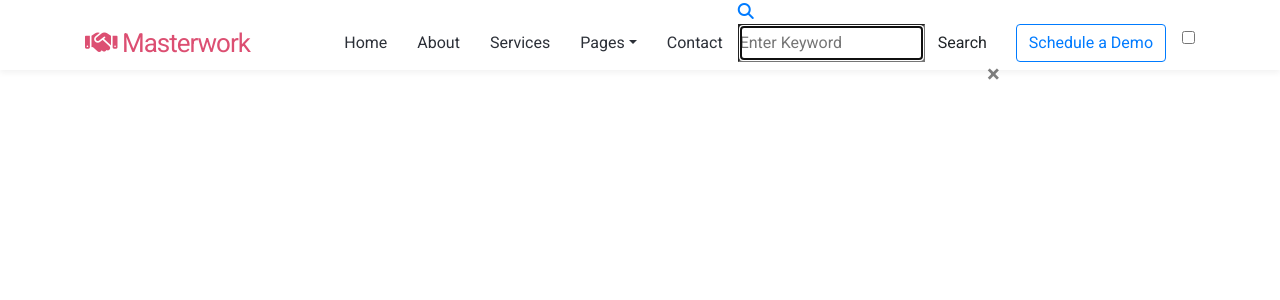
Repository: ducdatit2002/Capstone-masterwork
Page: index.html
These files come from the project's save history. The page is drawn as it stood at one moment and after the next save; the edit follows.
The browser window is 1280 px wide. The pictures show the whole page.

Above is the page before, as saved 2023-08-17 19:59:06.

### index.html
<!DOCTYPE html>
<html lang="en">
  <head>
    <title>Title</title>
    <!-- Required meta tags -->
    <meta charset="utf-8" />
    <meta
      name="viewport"
      content="width=device-width, initial-scale=1, shrink-to-fit=no"
    />
    <!-- FONT AWESOME -->
    <link
      rel="stylesheet"
      href="https://cdnjs.cloudflare.com/ajax/libs/font-awesome/6.4.2/css/all.min.css"
      integrity="sha512-z3gLpd7yknf1YoNbCzqRKc4qyor8gaKU1qmn+CShxbuBusANI9QpRohGBreCFkKxLhei6S9CQXFEbbKuqLg0DA=="
      crossorigin="anonymous"
      referrerpolicy="no-referrer"
    />
    <!-- GOOGLE FONT -->
    <link rel="preconnect" href="https://fonts.googleapis.com" />
    <link rel="preconnect" href="https://fonts.gstatic.com" crossorigin />
    <link
      href="https://fonts.googleapis.com/css2?family=Hind:wght@300;400;700&family=Nunito:wght@200;300;400;500;600;700;800;900;1000&family=Roboto:wght@300;400;500;700&display=swap"
      rel="stylesheet"
    />
    <!-- Bootstrap CSS -->
    <link
      rel="stylesheet"
      href="https://stackpath.bootstrapcdn.com/bootstrap/4.3.1/css/bootstrap.min.css"
      integrity="sha384-ggOyR0iXCbMQv3Xipma34MD+dH/1fQ784/j6cY/iJTQUOhcWr7x9JvoRxT2MZw1T"
      crossorigin="anonymous"
    />
    <!-- MAIN CSS -->
    <link rel="stylesheet" href="./css/index.css" />
  </head>
  <body>
    <!-- FOOTER (ĐẠT) -->
    <header class="main-header fixed-top nav-fixed">
      <div class="container">
        <nav class="navbar navbar-expand-lg stroke px-0 pt-lg-0">
          <h1>
            <a class="navbar-brand" href="">
              <span class="fa fa-handshake"></span> Masterwork
            </a>
          </h1>
          <!-- RESPONSIVE BUTTON ĐIỆN THOẠI -->
          <button
            class="navbar-toggler collapsed bg-gradient"
            type="button"
            data-toggle="collapse"
            data-target="#navbar-content"
            aria-controls="navbar-content"
            aria-expanded="false"
            aria-label="Toggle Navigation"
          >
            <span class="navbar-toggler-icon fa icon-expand fa-bars"></span>
            <span class="navbar-toggler-icon fa icon-close fa-times"></span>
          </button>

          <div class="collapse navbar-collapse" id="navbar-content">
            <ul id="primary-menu" class="navbar-nav ml-lg-auto">
              <li
                class="menu-item menu-item-type-post_type menu-item-object-page menu-item-home current-menu-item page_item page-item-9 current_page_item menu-item-20 nav-item active"
              >
                <a
                  href="#"
                  class="nav-link active"
                  >Home</a
                >
              </li>
              <li
                class="menu-item menu-item-type-post_type menu-item-object-page menu-item-26 nav-item"
              >
                <a
                  href="#"
                  class="nav-link"
                  >About</a
                >
              </li>
              <li
                class="menu-item menu-item-type-post_type menu-item-object-page menu-item-25 nav-item"
              >
                <a
                  href="#"
                  class="nav-link"
                  >Services</a
                >
              </li>
              <li
                class="menu-item menu-item-type-post_type menu-item-object-page menu-item-has-children menu-item-21 nav-item dropdown"
              >
                <a
                  href="#"
                  class="nav-link dropdown-toggle"
                  data-toggle="dropdown"
                  id="navbar-dropdown-menu-link-21"
                  aria-haspopup="true"
                  aria-expanded="false"
                  >Pages</a
                >
                <div
                  class="sub-menu dropdown-menu"
                  aria-labelledby="navbar-dropdown-menu-link-21"
                >
                  <a
                    href="#"
                    class="dropdown-item"
                    >Blog Posts</a
                  ><a
                    href="#"
                    class="dropdown-item"
                    id="menu-item-24"
                    >Landing page</a
                  ><a
                    href="#"
                    class="dropdown-item"
                    id="menu-item-22"
                    >404 page</a
                  >
                </div>
              </li>
              <li
                class="menu-item menu-item-type-post_type menu-item-object-page menu-item-23 nav-item"
              >
                <a
                  href="#"
                  class="nav-link"
                  >Contact</a
                >
              </li>
            </ul>

            <!--/search-right-->
            <div class="search-right HeaderSearch mr-lg-3">
              <a href="#search" class="search-search" title="search"
                ><span class="fa fa-search" aria-hidden="true"></span
              ></a>
              <!-- search popup -->
              <div id="search" class="pop-overlay">
                <div class="popup">
                  <form
                    action="https://wp.w3layouts.com/masterwork/"
                    method="GET"
                    class="search-box d-sm-flex"
                  >
                    <input
                      type="search"
                      placeholder="Enter Keyword"
                      name="s"
                      required="required"
                      autofocus=""
                    />
                    <button type="submit" class="btn">Search</button>
                  </form>
                  <a class="close" href="#close">×</a>
                </div>
              </div>
              <!-- /search popup -->
            </div>
            <!--//search-right-->

            <!-- Buy button -->
            <div class="top-quote mr-lg-3 mt-lg-0 HeaderButton">
              <a class="btn btn-outline-primary theme-button" href="#demourl">
                Schedule a Demo</a
              >
            </div>
            <!-- Buy button -->
          </div>

          <!-- toggle switch for light and dark theme -->
          <div class="mobile-position DarkandLight">
            <nav class="navigation">
              <div class="theme-switch-wrapper">
                <label class="theme-switch" for="checkbox">
                  <input type="checkbox" id="checkbox" />
                  <div class="mode-container">
                    <i class="gg-sun"></i>
                    <i class="gg-moon"></i>
                  </div>
                </label>
              </div>
            </nav>
          </div>
          <!-- //toggle switch for light and dark theme -->
        </nav>
      </div>
    </header>
    <!-- BANNER (ĐẠT) -->
    <section class="banner"></section>
    <!-- WHY CHOOSE US (ĐẠT) -->
    <section class="chooseUs"></section>
    <!-- ABOUT OUR COMPANY (ĐẠT) -->
    <section class="ourCompany"></section>
    <!-- BANNER COMPANY (ĐẠT) -->
    <section class="bannerCompany"></section>
    <!-- QUESTION AND ANSWER (Đạt)-->
    <section class="questionAnswer"></section>
    <!-- FEATURED CASES (HUY) -->
    <section class="featured"></section>
    <!-- OUR CLIENTS (HUY)-->
    <section class="ourClients"></section>
    <!-- BOOKING (HUY)-->
    <section class="booking"></section>
    <!-- FOOTER (HUY)-->
    <footer></footer>

    <!-- Optional JavaScript -->
    <!-- jQuery first, then Popper.js, then Bootstrap JS -->
    <script
      src="https://code.jquery.com/jquery-3.3.1.slim.min.js"
      integrity="sha384-q8i/X+965DzO0rT7abK41JStQIAqVgRVzpbzo5smXKp4YfRvH+8abtTE1Pi6jizo"
      crossorigin="anonymous"
    ></script>
    <script
      src="https://cdnjs.cloudflare.com/ajax/libs/popper.js/1.14.7/umd/popper.min.js"
      integrity="sha384-UO2eT0CpHqdSJQ6hJty5KVphtPhzWj9WO1clHTMGa3JDZwrnQq4sF86dIHNDz0W1"
      crossorigin="anonymous"
    ></script>
    <script
      src="https://stackpath.bootstrapcdn.com/bootstrap/4.3.1/js/bootstrap.min.js"
      integrity="sha384-JjSmVgyd0p3pXB1rRibZUAYoIIy6OrQ6VrjIEaFf/nJGzIxFDsf4x0xIM+B07jRM"
      crossorigin="anonymous"
    ></script>
  </body>
</html>

### css/index.css
* {
  margin: 0;
  padding: 0;
  box-sizing: border-box;
}
html,
body {
  font-family: "Hind", sans-serif;
  font-family: "Nunito", sans-serif;
  font-family: "Roboto", sans-serif;
}
/* HEADING */
.header-section {
  max-width: 750px;
  margin: 0 auto;
}
.header-section h1 {
  font-size: 16px;
  line-height: 20px;
  font-weight: 700;
  color: #dc4f72;
  text-transform: uppercase;
  margin-bottom: 5px;
}
.header-section h3 {
  color: #2c3038;
  font-size: 46px;
  line-height: 1;
  font-weight: 700;
}
.header-section p {
  color: #5a5a5a;
  font-size: 16px;
  line-height: 22.5px;
  font-weight: 400;
  margin-left: auto;
  margin-right: auto;
  margin-top: 5px;
}
/* HEADER */
li {
    list-style-type: none;
}
header.main-header {
    background-color: #fff;
    padding: 0px;
    transition: all 0.4s ease 0s;
    height: 90px;
    display: grid;
    align-items: center;
    box-shadow: 0 3px 9px rgba(0, 0, 0, 0.05);
}
.navbar {
    justify-content: space-between;
    padding: 0;
}
.navbar .navbar-brand {
    margin: 0;
    padding: 0;
    font-size: 26px;
    font-weight: 700;
    text-transform: capitalize;
    color: #dc4f72;
    letter-spacing: -1px;
}
.navbar-brand {
    display: inline-block;
    padding-top: 0.3125rem;
    padding-bottom: 0.3125rem;
    margin-right: 1rem;
    font-size: 1.25rem;
    line-height: inherit;
    white-space: nowrap;
}
header.nav-fixed {
    padding: 0px;
    background-color: #fff;
    height: 70px;
    border-bottom: none;
    box-shadow: 0 3px 6px 0 rgba(0, 0, 0, 0.05);
}
.nav-fixed .navbar-expand-lg .navbar-brand {
    color: #dc4f72;
}
.navbar .navbar-brand {
    margin: 0;
    padding: 0;
    font-size: 26px;
    font-weight: 400;
    text-transform: capitalize;
    color: #fff;
    letter-spacing: -1px;
}
.navbar-collapse {
    flex-basis: 100%;
    flex-grow: 1;
    align-items: center;
}
.navbar-nav {
    display: flex;
    flex-direction: column;
    padding-left: 0;
    margin-bottom: 0;
    list-style: none;
}
.navbar-expand-lg .navbar-nav .nav-item {
    padding: 0 15px;
    transition: all 0.5s ease;
    position: relative;
}
nav ul li {
    display: inline-block;
    text-align: center;
}
navbar-expand-lg .navbar-nav .nav-item.active .nav-link {
    color: #dc4f72;
}
.navbar-expand-lg .navbar-nav .nav-link {
    text-transform: capitalize;
    transition: all 0.5s ease;
    padding: 14px 0;
    font-size: 16px;
    font-weight: 400;
    color: #2C3038;
}
.navbar-expand-lg .navbar-nav .nav-link:hover {
    color: #dc4f72;
}
.navbar-nav .nav-link {
    padding-right: 0;
    padding-left: 0;
}
.nav-link {
    display: block;
    padding: 0.5rem 1rem;
}
a.nav-link:before, a.dropdown-item:before {
    position: absolute;
    content: '';
    background: #dc4f72;
    width: 0px;
    height: 2px;
    bottom: 13px;
}
.navbar-expand-lg .navbar-nav .nav-link:hover:before, a.dropdown-item:hover:before {
    width: 20px;
}

After the next save:
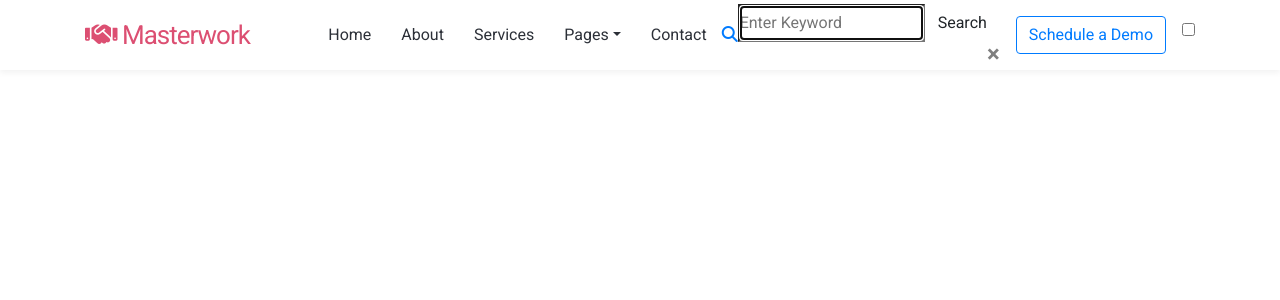
Saved 32 s later.
--- a/css/index.css
+++ b/css/index.css
@@ -145,3 +145,8 @@
 .navbar-expand-lg .navbar-nav .nav-link:hover:before, a.dropdown-item:hover:before {
     width: 20px;
 }
+.search-right {
+    align-items: center;
+    display: inline-grid;
+    grid-template-columns: auto 1fr;
+}
